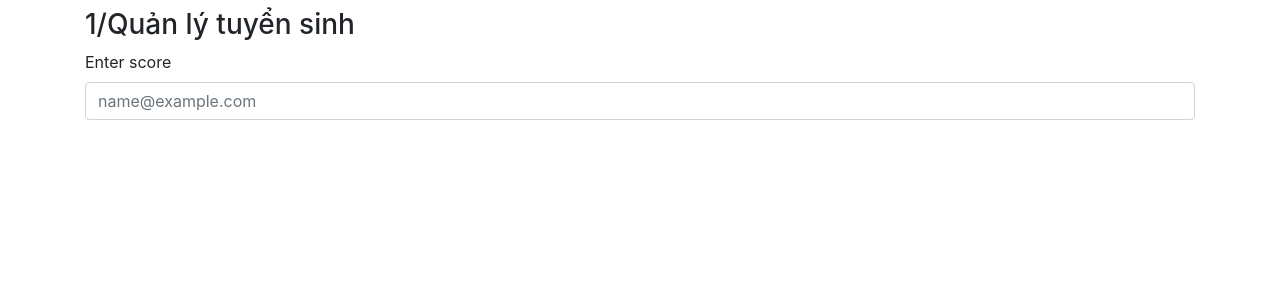
Repository: baobaodeveloper/bootcamp21__jsbasic4_HuynhAnhBao
Page: index.html
These files come from the project's save history. The page is drawn as it stood at one moment and after the next save; the edit follows.
The browser window is 1280 px wide. The pictures show the whole page.

Above is the page before, as saved 2022-03-13 17:28:24.

After the next save:
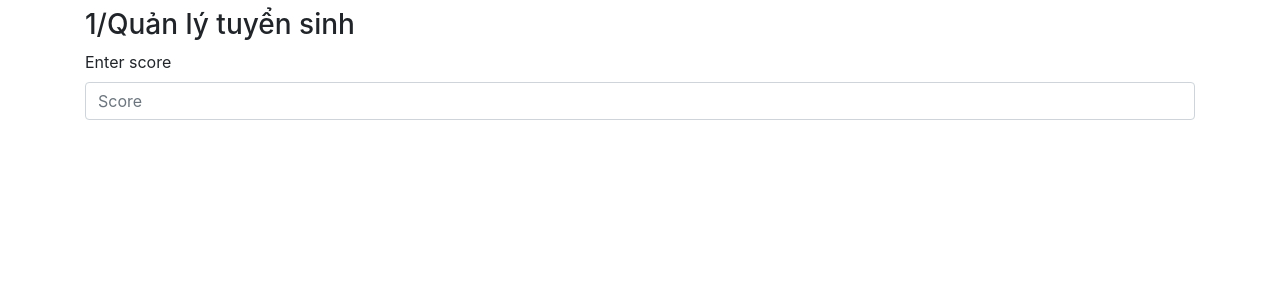
Saved 20 s later.
--- a/index.html
+++ b/index.html
@@ -27,7 +27,7 @@
           type="email"
           class="form-control"
           id="exampleFormControlInput1"
-          placeholder="name@example.com"
+          placeholder="Score"
         />
       </div>
     </div>
